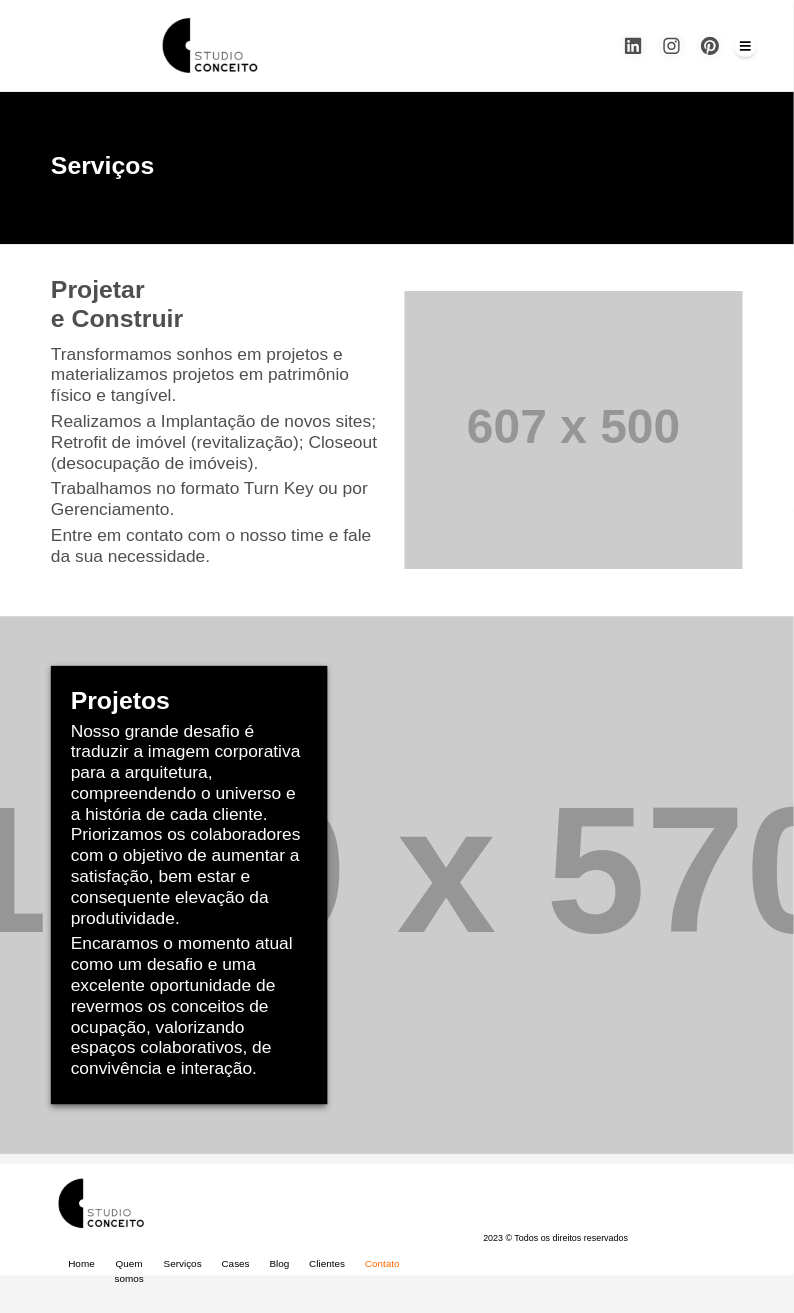
Repository: Upstairs-Agencia/studio-conceito-react
Page: /servicos
An editor plug-in stored every save of this project. The page is shown before and after the next save, followed by the edit.
The browser window is 1280 px wide. The pictures show the whole page, at 62% of full size.
The project was rebuilt for these pictures with package versions that can differ from the ones it lists, and the page was loaded fresh each time. Also part of the build but not shown: src/pages/Home.js, src/pages/QuemSomos.js, src/pages/Cases.js, src/pages/Blog.js, src/pages/Clientes.js, src/pages/Contato.js.

Above is the page before, as saved 2024-12-29 03:15:45.

After the next save:
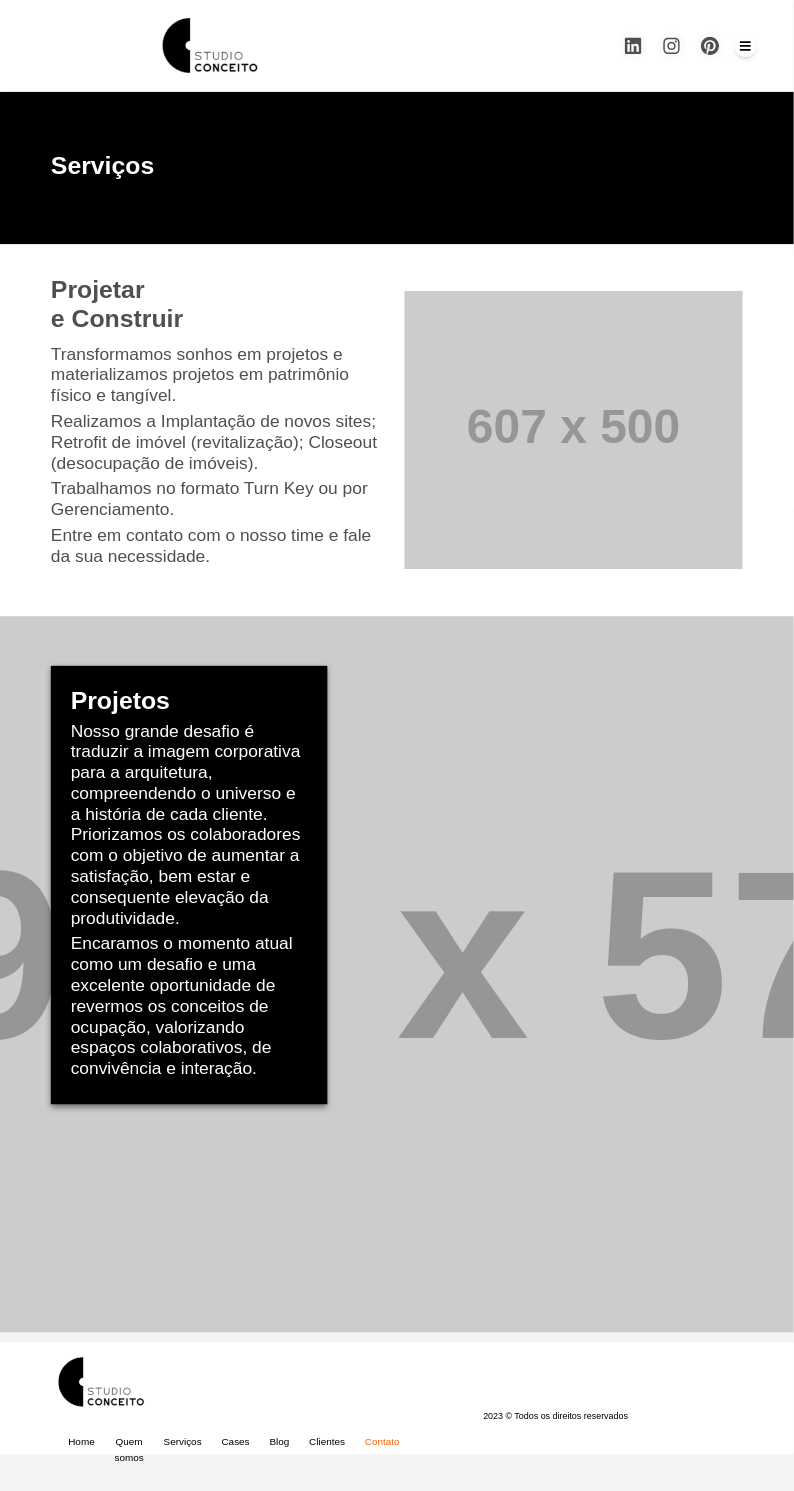
Saved 10 s later.
--- a/src/pages/Servicos.js
+++ b/src/pages/Servicos.js
@@ -71,7 +71,7 @@
               color: "white",
               padding: "2rem",
               width: "40%",
-              Marginbottom: "18rem", // Faz o retângulo subir sobre a imagem de fundo
+              marginBottom: "18rem", // Faz o retângulo subir sobre a imagem de fundo
               left: "2rem", // Margem à esquerda
               height: "auto", // Aumenta a altura com base no conteúdo
               boxShadow: "0px 4px 10px rgba(0, 0, 0, 0.5)", // Para criar um efeito de profundidade

After the save that followed:
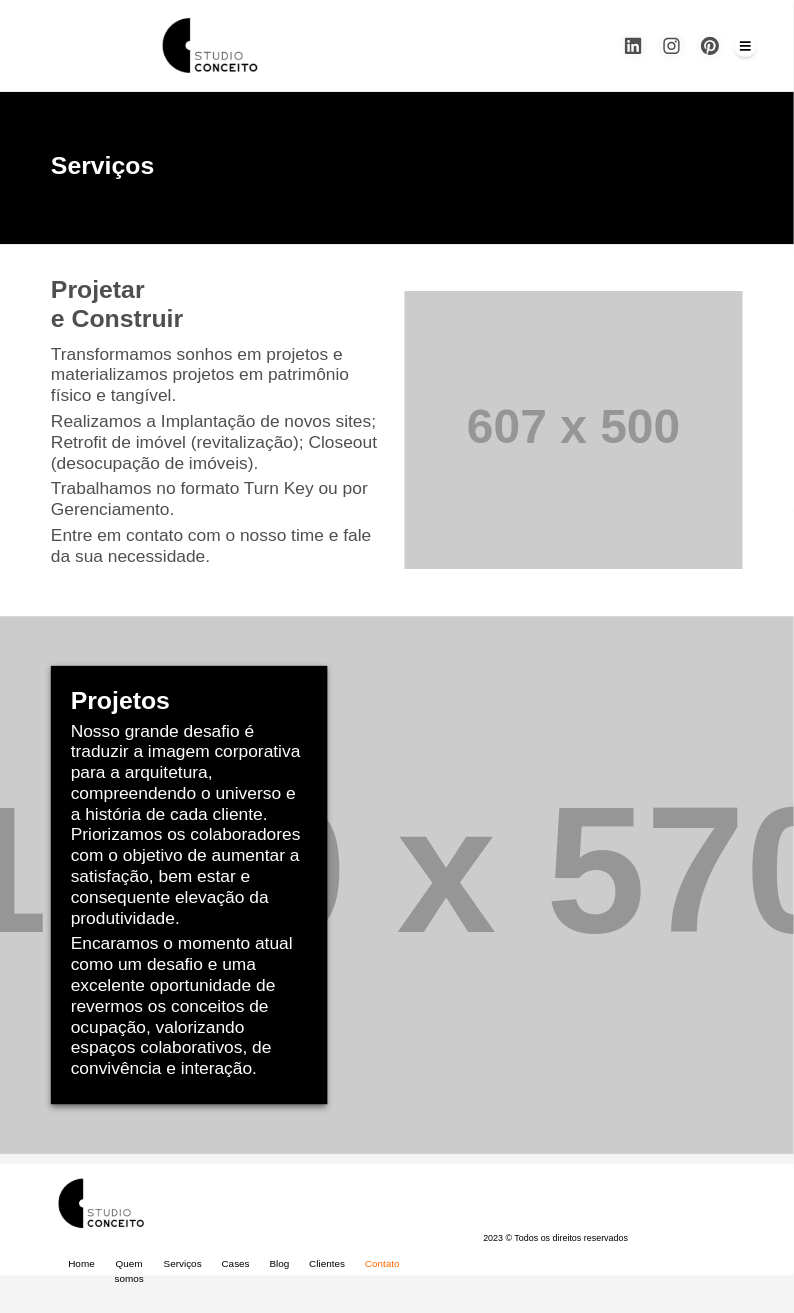
Saved 18 s later.
--- a/src/pages/Servicos.js
+++ b/src/pages/Servicos.js
@@ -71,7 +71,6 @@
               color: "white",
               padding: "2rem",
               width: "40%",
-              marginBottom: "18rem", // Faz o retângulo subir sobre a imagem de fundo
               left: "2rem", // Margem à esquerda
               height: "auto", // Aumenta a altura com base no conteúdo
               boxShadow: "0px 4px 10px rgba(0, 0, 0, 0.5)", // Para criar um efeito de profundidade
